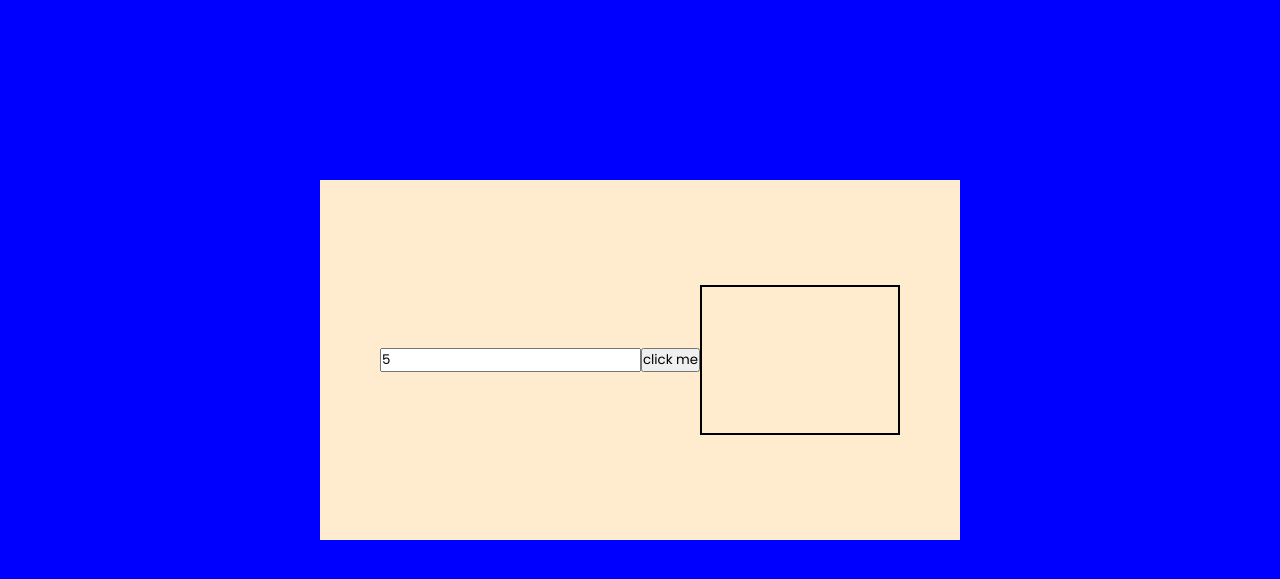
Repository: NarekTovmasyan/promise
Page: inex.html
The author's editor kept a copy of each file at every save. The page is drawn from the files as they stood at one save, then again after the next save.
The browser window is 1280 px wide. The pictures show the whole page.
Empty fields were first filled with sample values (such as "Sample", 5 or name@example.com).
After loading, the first visible `#button` was clicked once.

Above is the page before, as saved 2022-02-21 22:26:09.
Console error: TypeError: random is not a function

### inex.html
<!DOCTYPE html>
<html lang="en">

<head>
    <meta charset="UTF-8">
    <meta http-equiv="X-UA-Compatible" content="IE=edge">
    <meta name="viewport" content="width=device-width, initial-scale=1.0">
    <title>Document</title>
    <link rel="stylesheet" href="./style.css">
</head>

<body>
    <div class="body">
        <div class="conteiner">
            <div class="main">
                <input type="number" id="value" placeholder="enter number 0-6">
                <button class="btn" id="button">click me</button>
                <div class="table" id="show-text"></div>
            </div>
        </div>
    </div>
    <script src="./script.js"></script>
</body>

</html>

### style.css
@import url('https://fonts.googleapis.com/css2?family=Poppins:wght@200;300;400;500;600;700&display=swap');
* {
    margin: 0;
    padding: 0;
    box-sizing: border-box;
    font-family: 'Poppins', sans-serif;
}

.body {
    background-color: blue;
    position: absolute;
    width: 100%;
    height: 100%;
    display: flex;
    align-items: center;
    justify-content: center;
}

.conteiner {
    background-color: blanchedalmond;
    position: relative;
    width: 50%;
    height: 50%;
    display: flex;
    align-items: center;
    justify-content: center;
}

.main {
    display: contents;
    flex-direction: row;
}


/* .btn {

} */

.table {
    border: 2px solid black;
    width: 200px;
    height: 150px;
}

### script.js
// const myBirthday = (isSick) => {
//     return new Promise(function (resolve, reject) {
//       if (!isSick) {
//         setTimeout(() => resolve(2), 2000);
//       } else {
//         reject("I dont have cake :разочарование_облегчение:");
//       }
//     });
//   };
//   const handleCake = async () => {
//     try {
//       let result = await myBirthday(true); // result = 2
//       console.log(`I have ${result} cakes :день_рождения:`);
//     } catch (err) {
//       console.log(err);
//     } finally {
//       console.log("Party");
//     }
//   };
//   handleCake();



// myBirthday(true)
//   .then((result) => console.log(`I have ${result} cakes :день_рождения:`))
//   .catch((err) => console.log(err))
//   .finally(() => console.log("Party"));


// let number = 5;

// function compare(argument) {
//     return new Promise(function(resolve, reject) {
//         if (number > argument) {
//             resolve(number)
//         } else {
//             reject(new Error("oops"))
//         }
//     })
// };
// compare(6).then(function(number) {
//     console.log(number);
// }).catch(function(error) {
//     console.log(error);
// }).finally(() => {
//     console.log("barlus");
// })

const value = document.getElementById("value");
const button = document.getElementById("button")
const showText = document.getElementById("show-text");

function randomNum(max) {
    return Math.floor(Math.random() * max);
}

button.addEventListener("click", function() {
    let random = randomNum(6);
    showText.innerText = "random number: " + random(6);

    let inputValue;
    if (Number(value.value) > 6 || Number(value.value) < 1) {
        alert("enter chisht number, 1-6")
    } else {
        inputValue = Number(value.value);
    }
    let count;
    if (inputValue == random) {
        console.log("count", 2);
    } else {
        console.log(1);
    }
})

After the next save:
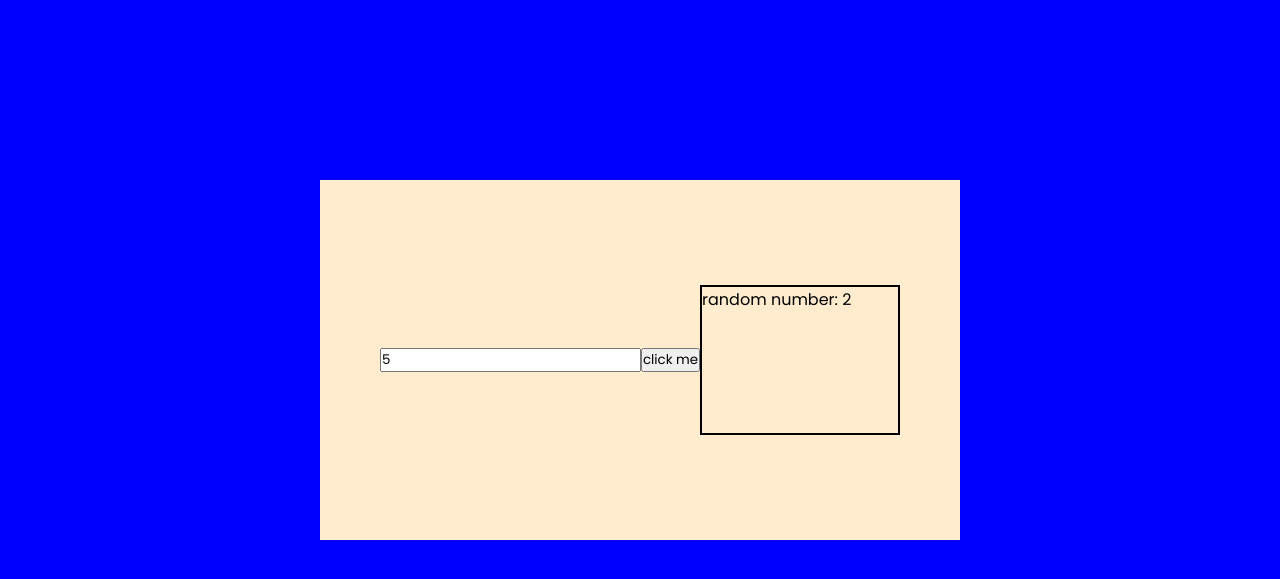
The error is gone.
Saved 26 s later.
--- a/script.js
+++ b/script.js
@@ -56,7 +56,7 @@ function randomNum(max) {
 
 button.addEventListener("click", function() {
     let random = randomNum(6);
-    showText.innerText = "random number: " + random(6);
+    showText.innerText = "random number: " + random;
 
     let inputValue;
     if (Number(value.value) > 6 || Number(value.value) < 1) {
